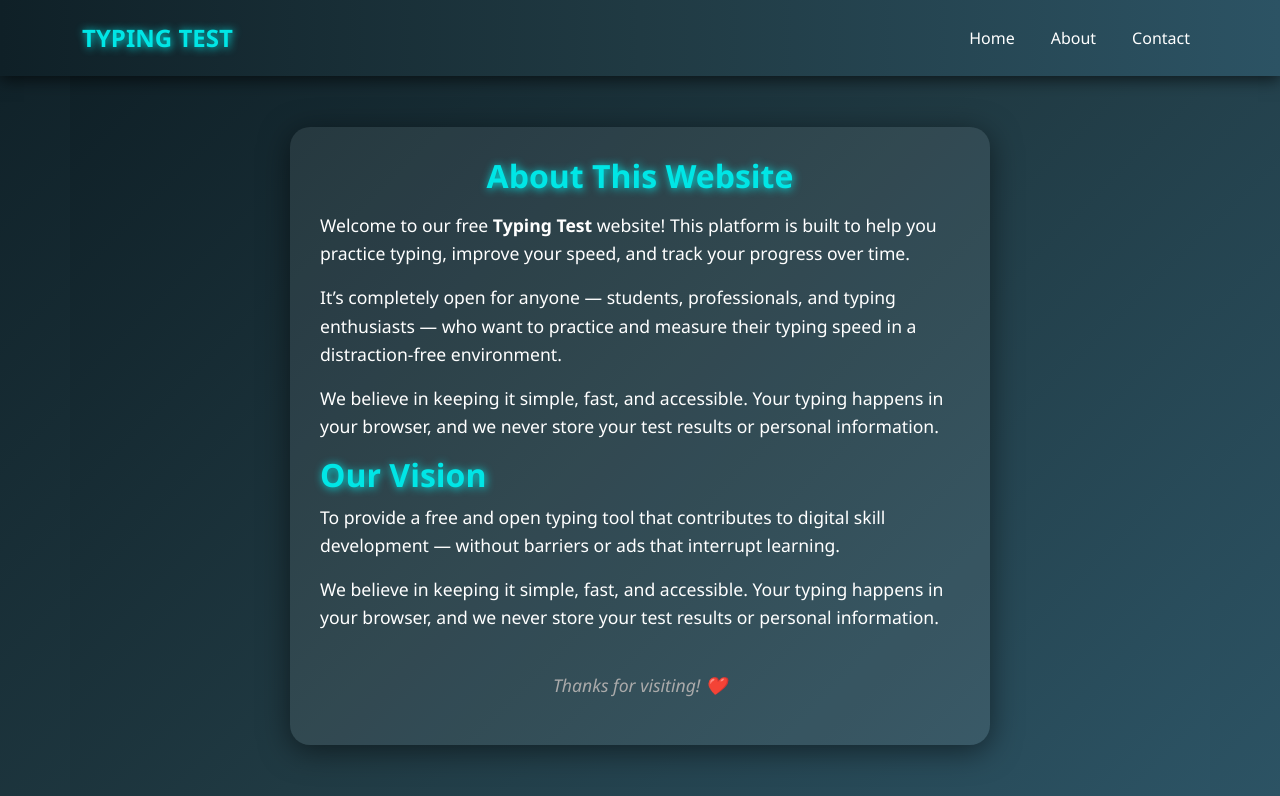
Repository: SHAHZADcodr/typing-test-react
Page: /about
The author's editor kept a copy of each file at every save. The page is drawn from the files as they stood at one save, then again after a run of saves.
The browser window is 1280 px wide. The pictures show the whole page.
The project was rebuilt for these pictures with package versions that can differ from the ones it lists, and the page was loaded fresh each time. Also part of the build but not shown: src/customCss/Home.css, src/pages/Home.jsx, src/customCss/Contact.css, src/pages/Contact.jsx, src/customCss/Game.css, src/pages/Game.jsx, src/customCss/GameOver.css, src/pages/GameOver.jsx. Imported but missing from the stored project, and not drawn on this page: src/assets/background.mp3, src/assets/pop.mp3.

Above is the page before, as saved 2025-04-09 15:36:36.

### src/index.js
import React from 'react';
import "bootstrap/dist/css/bootstrap.min.css";
import ReactDOM from 'react-dom/client';
import './index.css';
import App from './App';
import { BrowserRouter } from 'react-router-dom';
import reportWebVitals from './reportWebVitals';

const root = ReactDOM.createRoot(document.getElementById('root'));
root.render(
  <React.StrictMode>
    <BrowserRouter>
      <App />
    </BrowserRouter>
  </React.StrictMode>
);

// If you want to start measuring performance in your app, pass a function
// to log results (for example: reportWebVitals(console.log))
// or send to an analytics endpoint. Learn more: https://bit.ly/CRA-vitals
reportWebVitals();

### src/index.css
body {
  margin: 0;
  background: linear-gradient(135deg, #0f2027,
  #203a43, #2c5364);
}

### src/App.js
import {Routes,Route} from "react-router-dom";
import './App.css';
//pages
import Home  from "./pages/Home";
import About from "./pages/About";
import Contact from "./pages/Contact";
import Game from "./pages/Game";
import GameOver from "./pages/GameOver";

//components
import Navigation from "./components/Navbar";

function App() {
  return (
    <>
    <Navigation/>
    <Routes>
      <Route path="/" element={<Home/>}/>
      <Route path="*" element={<Home/>}/>
      <Route path="/about" element={<About/>}/>
      <Route path="/contact" element={<Contact/>}/>
      <Route path="/game" element={<Game/>}/>
      <Route path="/gameOver" element={<GameOver/>}/>

    </Routes>
    </>

  );
}

export default App;

### src/App.css
.custom-navbar {
  background: linear-gradient(to right, #0f2027, #203a43, #2c5364) !important;
  padding: 15px 20px;
  box-shadow: 0 4px 15px rgba(0, 0, 0, 0.6);
  font-family: 'Segoe UI', Tahoma, Geneva, Verdana, sans-serif;
}

.custom-navbar .navbar-brand {
  color: #00e6e6 !important;
  font-weight: bold;
  font-size: 1.5rem;
  text-shadow: 1px 1px 8px #00e6e6;
}

.custom-navbar .nav-link {
  color: #ffffff !important;
  margin-left: 20px;
  transition: color 0.3s ease, transform 0.2s ease;
  font-weight: 500;
}

.custom-navbar .nav-link:hover {
  color: #00e6e6 !important;
  transform: scale(1.05);
  text-shadow: 0 0 5px #00e6e6;
}

.custom-navbar .navbar-toggler {
  background-color: #00e6e6;
}

### src/pages/About.jsx
import React from 'react';
import { Container, Card } from 'react-bootstrap';
import '../customCss/About.css'; // Make sure the path is correct

const About = () => {
  return (
    <Container className="about-container">
      <Card className="about-card">
        <h2 className="mb-3 text-center">About This Website </h2>
        <p>
          Welcome to our free <strong>Typing Test</strong> website! This platform is built to help you practice typing, improve your speed, and track your progress over time.
        </p>
        <p>It’s completely open for anyone — students, professionals, and typing enthusiasts — who want to practice and measure their typing speed in a distraction-free environment.</p>
 <p>We believe in keeping it simple, fast, and accessible. Your typing happens in your browser, and we never store your test results or personal information.</p>

  <h2>Our Vision</h2>
  <p>To provide a free and open typing tool that contributes to digital skill development — without barriers or ads that interrupt learning.</p>
         <p>We believe in keeping it simple, fast, and accessible. Your typing happens in your browser, and we never store your test results or personal information.</p>

        <p className="text-muted text-center mt-4">Thanks for visiting! ❤️</p>
      </Card>
    </Container>
  );
};

export default About;

### src/components/Navbar.jsx
import React from 'react';
import { Navbar, Nav, Container } from 'react-bootstrap';
import { Link } from 'react-router-dom';
import '../App.css'; // Make sure this path is correct

const Navigation = () => {
  return (
    <Navbar expand="lg" className="custom-navbar" variant="dark">
      <Container>
        <Navbar.Brand as={Link} to="/">TYPING TEST</Navbar.Brand>
        <Navbar.Toggle aria-controls="basic-navbar-nav" />
        <Navbar.Collapse id="basic-navbar-nav">
          <Nav className="ms-auto">
            <Nav.Link as={Link} to="/">Home</Nav.Link>
            <Nav.Link as={Link} to="/about">About</Nav.Link>
            <Nav.Link as={Link} to="/contact">Contact</Nav.Link>
          </Nav>
        </Navbar.Collapse>
      </Container>
    </Navbar>
  );
};

export default Navigation;

### src/customCss/About.css
.about-container {
    min-height: 100vh;
    background: linear-gradient(135deg, #0f2027, #203a43, #2c5364);
    display: flex;
    align-items: center;
    justify-content: center;
    padding: 40px 20px;
    font-family: 'Segoe UI', Tahoma, Geneva, Verdana, sans-serif;
    color: #ffffff;
  }

  .about-card {
    background-color: rgba(255, 255, 255, 0.08);
    border: none;
    border-radius: 20px;
    padding: 30px;
    box-shadow: 0 6px 30px rgba(0, 0, 0, 0.5);
    max-width: 700px;
    width: 100%;
    color: #ffffff;
  }

  .about-card h2 {
    color: #00e6e6;
    text-shadow: 1px 1px 8px #00e6e6;
    font-weight: bold;
  }

  .about-card p {
    font-size: 1.1rem;
    line-height: 1.6;
  }

  .about-card .text-muted {
    color: #aaa !important;
    font-style: italic;
  }

Loaded but not shown: public/index.html (common file); src/reportWebVitals.js (common file)

After the next 2 saves:
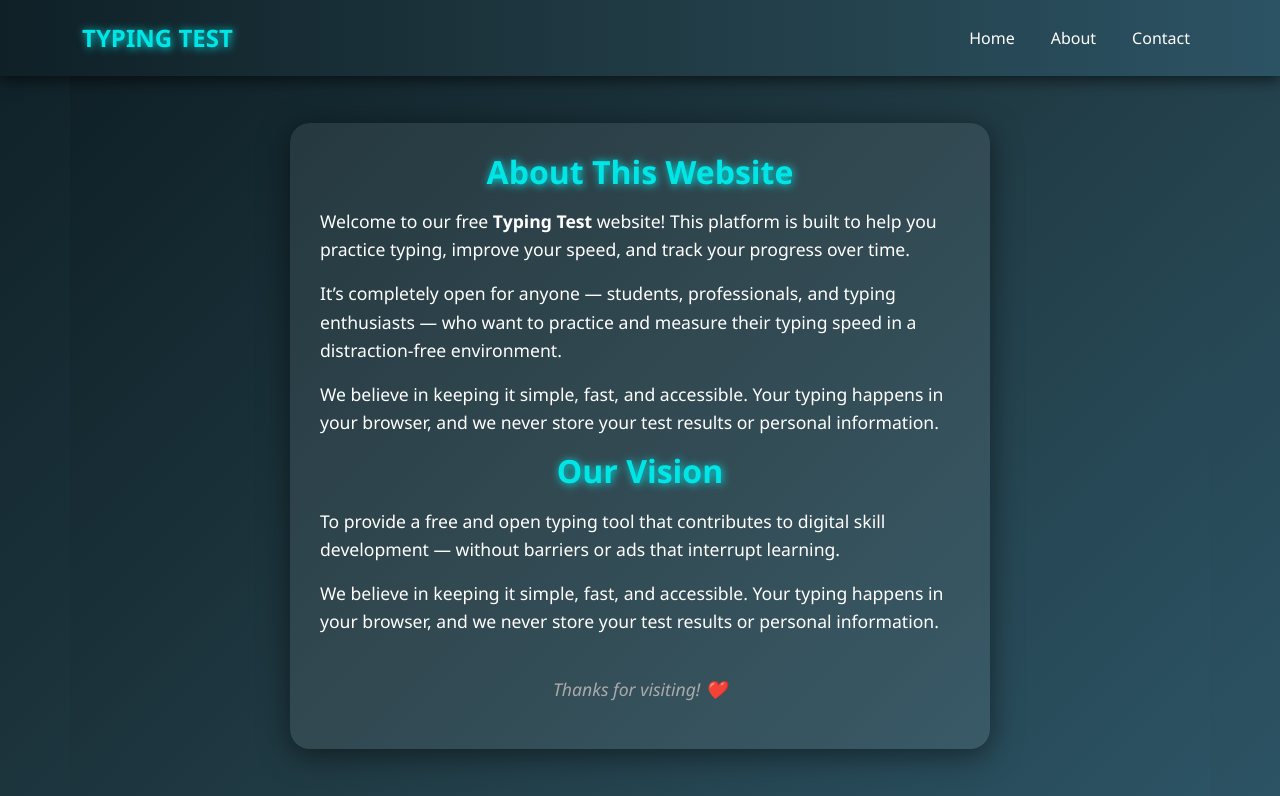
The 2 saves are shown as one change because they came seconds apart.
The last was saved 67 s later.
--- a/src/pages/About.jsx
+++ b/src/pages/About.jsx
@@ -13,7 +13,7 @@ const About = () => {
         <p>It’s completely open for anyone — students, professionals, and typing enthusiasts — who want to practice and measure their typing speed in a distraction-free environment.</p>
  <p>We believe in keeping it simple, fast, and accessible. Your typing happens in your browser, and we never store your test results or personal information.</p>
 
-  <h2>Our Vision</h2>
+  <h2 className="mb-3 text-center">Our Vision</h2>
   <p>To provide a free and open typing tool that contributes to digital skill development — without barriers or ads that interrupt learning.</p>
          <p>We believe in keeping it simple, fast, and accessible. Your typing happens in your browser, and we never store your test results or personal information.</p>
 
